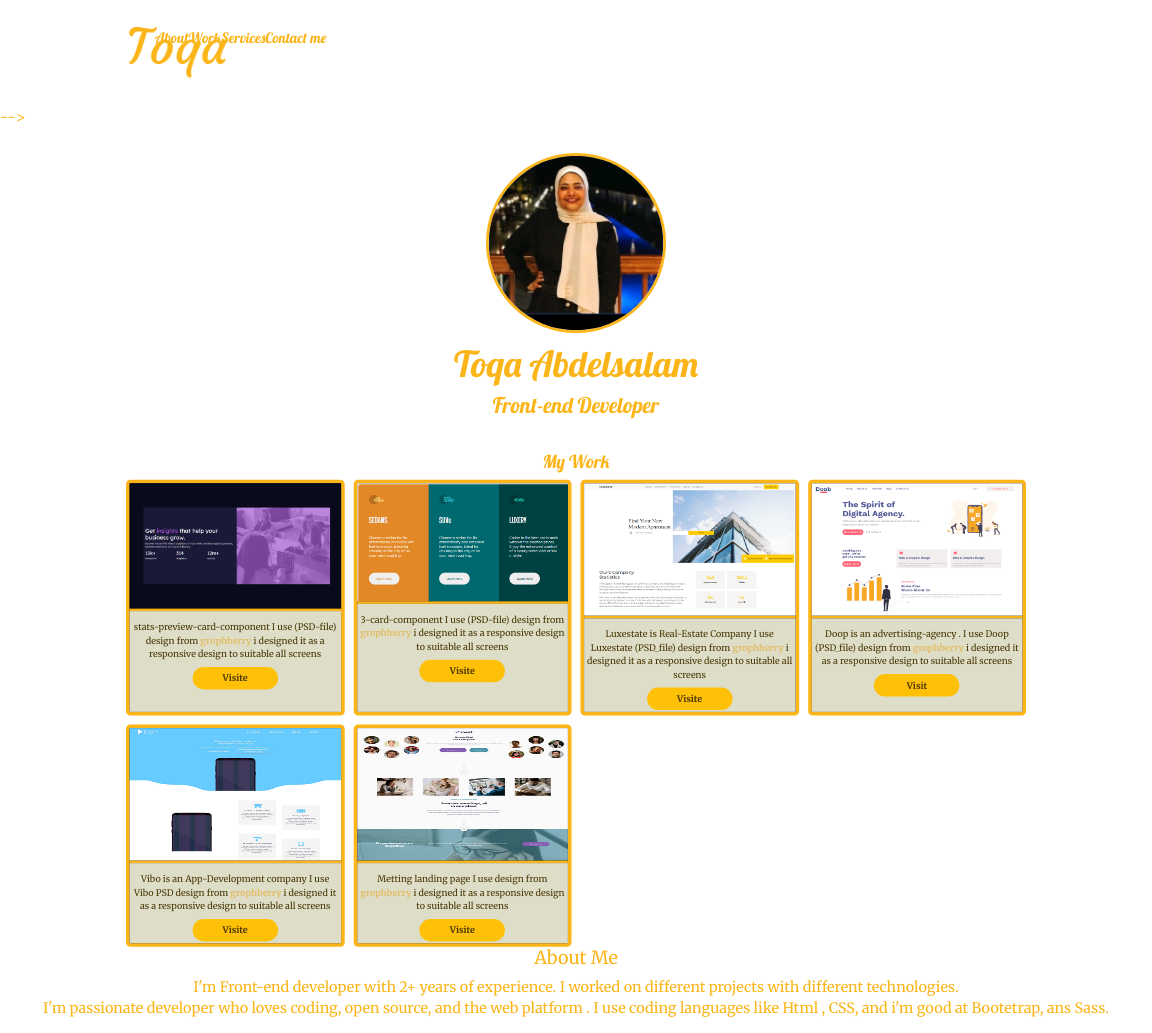
Repository: Toqa-25/portfolio
Page: index.html
An editor plug-in stored every save of this project. The page is shown before and after the next save, followed by the edit.
The browser window is 1280 px wide. The pictures show the whole page, at 90% of full size.
Some web fonts or font styles are not loaded; a fallback is used.

Above is the page before, as saved 2021-10-31 16:32:11.

### index.html
<!DOCTYPE html>
<html lang="en">
<head>
    <meta charset="UTF-8">
    <meta http-equiv="X-UA-Compatible" content="IE=edge">
    <meta name="viewport" content="width=device-width, initial-scale=1.0">
    <title>Toqa Portfolio</title>
      <!-- bootstrap file -->
      <link rel="stylesheet" href="css/all.min.css">
      <link rel="stylesheet" href="css/bootstrap.css">
      <!-- css file -->
      <link rel="stylesheet" href="css/style.css">
      <!-- fonts -->
      <link rel="preconnect" href="https://fonts.googleapis.com">
<link rel="preconnect" href="https://fonts.gstatic.com" crossorigin>
<link href="https://fonts.googleapis.com/css2?family=Lobster&family=Otomanopee+One&display=swap" rel="stylesheet">
<link rel="preconnect" href="https://fonts.googleapis.com">
<link rel="preconnect" href="https://fonts.gstatic.com" crossorigin>
<link href="https://fonts.googleapis.com/css2?family=Merriweather:ital,wght@0,300;0,400;0,700;0,900;1,300;1,400;1,700;1,900&display=swap" rel="stylesheet">
<link rel="preconnect" href="https://fonts.googleapis.com">
<link rel="preconnect" href="https://fonts.gstatic.com" crossorigin>
<link href="https://fonts.googleapis.com/css2?family=Bebas+Neue&family=Oswald:wght@200;300;400;500;600;700&display=swap" rel="stylesheet">
</head>
<body>
        <!-- header section -->
    <header class="pad">
       <div class="container">
         <div class="header-content">
           <div class="header-logo">
             <img src="images/logo.png" alt="logo">
           </div>
           <div class="bar">
             <svg xmlns="http://www.w3.org/2000/svg" width="35" height="35" fill="#fbb519" class="bi bi-list" viewBox="0 0 16 16">
               <path fill-rule="evenodd" d="M2.5 12a.5.5 0 0 1 .5-.5h10a.5.5 0 0 1 0 1H3a.5.5 0 0 1-.5-.5zm0-4a.5.5 0 0 1 .5-.5h10a.5.5 0 0 1 0 1H3a.5.5 0 0 1-.5-.5zm0-4a.5.5 0 0 1 .5-.5h10a.5.5 0 0 1 0 1H3a.5.5 0 0 1-.5-.5z"/>
             </svg>
           </div>
           <div class="header-nav">
             <ul class="list unlist">
                 <li>About</li>
                 <li>Work</li>
                 <li>Services</li>
                 <li>Contact me</li>
                 <!-- <li>Reviews</li> -->
             </ul>

           </div>
         </div>
         </div>
        </header><!-- end header section -->
       <!-- <div role="bar">
      <ul class="hidden-bar">
        <li>About</li>
        <li>Work</li>
        <li>Services</li>
        <li>Contact me</li>
        <!-- <li>Reviews</li> -->
      <!-- </ul>
      </div> -->
    <!-- </nav> --> -->

    <!-- information  section -->
    <section  class="inform pad">
      <div class="main-inform " role="main">
        <div class="inform-info">
        <img src="images/toqa.jpg" alt=""><br>
        <h1>Toqa Abdelsalam</h1>
        <h4>Front-end Developer</h4>
      </div>
      </div>
    </section>

      <section class="section container work">
      <h5>My Work</h5>
      <div class="card-groups">
      <div class="project card" role="menu">
        <img src="images/toqa-25.github.io_stats-preview-card-component-main_.png" alt="">
        <p>stats-preview-card-component
      I use  (PSD-file) design from <span> <a href="https://www.frontendmentor.io/">grophberry</a></span>
  i designed it as a responsive design to suitable all screens <br>
  <button><a href="https://toqa-25.github.io/stats-preview-card-component-main/">Visite</a></button>
 </p>
 </div>
      <div class="project card" role="menu">
        <img src="images/toqa-25.github.io_3-cards-component3_.png" alt="">
        <p>3-card-component
      I use (PSD-file) design from <span> <a href="https://www.frontendmentor.io/">grophberry</a></span>
  i designed it as a responsive design to suitable all screens <br>
  <button><a href="https://toqa-25.github.io/3-cards-component/">Visite</a></button>
 </p>
 </div>
      <div class="project card" role="menu">
          <img src="images/destop-luxestate - Copy (1).png" alt="">
          <p>Luxestate is Real-Estate Company
        I use Luxestate (PSD_file) design from <span> <a href="https://www.graphberry.com/">grophberry</a></span>
    i designed it as a responsive design to suitable all screens <br>
    <button><a href="https://toqa-25.github.io/luxstate-project-/">Visite</a></button>
   </p>
   </div>
      <div class="project card" role="menu">
          <img src="images/web_design.png" alt="">
          <p>Doop is an advertising-agency .
        I use Doop (PSD_file) design from <span> <a href="https://www.graphberry.com/">grophberry</a></span>
    i designed it as a responsive design to suitable all screens <br>
    <button><a href="https://toqa-25.github.io/simply-agency/">Visit </a></button>
   </p>
   </div>
      <div class="project card" role="menu">
        <img src="images/Vibo_App(desktop)_toqa-25.github.io2.png" alt="">
          <p>Vibo is an App-Development company
        I use Vibo PSD design from <span> <a href="https://www.graphberry.com/">grophberry</a></span>
    i designed it as a responsive design to suitable all screens <br>
    <button><a href="https://toqa-25.github.io/vibo-app/">Visite</a></button>
   </p>
   </div>
   <div class="project card" role="menu">
    <img src="images/toqa-25.github.io_landing-meeting-page_desktop.png" alt="">
    <p>Metting landing page
  I use  design from <span> <a href="https://www.frontendmentor.io/">grophberry</a></span>
i designed it as a responsive design to suitable all screens <br>
<button><a href="https://toqa-25.github.io/landing-meeting-page/">Visite</a></button>
</p>
</div>
   </div>
      </section>

      <section class="section about">

          <h5>About Me</h5>
      <p> I'm Front-end developer with 2+ years of experience. I worked on different projects with different technologies. <br>
       I'm passionate developer who loves coding, open source, and the web platform .
       I use coding languages like Html , CSS, and i'm good at Bootetrap, ans Sass. </p>
      </section>

</body>
</html>

### css/style.css
/*
    public style
***********************
*/
:root{
    --main-color:#fbb519;
    --section-padding:30px;
}
* , *:after , *:before{
    box-sizing: border-box;
    margin: 0;
    padding: 0;
}
body{
    font-family: 'Merriweather', serif;
    color:var(--main-color);
}
.pad{
    padding: var(--section-padding) 0;
}
.container
{
  width: 80%;
  margin:auto;
}
 .pad h5{
    text-align: center;
    font-family: 'Lobster';
    margin-bottom: 15px;
 }
 .unlist{
     list-style: none;
 }
/*
    header style
***********************
*/
 header{
    font-family: 'Lobster', cursive;
 }
 .header-content{
    display: flex;
}
.header-logo{
    width:0%;
}
.header-nav{
    width:60%;
    display: flex;
   /* justify-content: space-between;
    align-items: center; */
 }
 .bar{
     display: none;
 }
 .header-nav .list{
     display: flex;
     justify-content: space-between;
 }
  nav img{
     margin-top:10px;
 }
 nav .list{
     width: 50%;
    margin-top:20px;
    list-style: none;
    color:var(--main-color);
    display: flex;
    justify-content: space-evenly;
    cursor: pointer;
    font-size: 20px;
 }
 nav .list li{
     font-size: 20px;
     transition: .2s;
     -webkit-transition: .2s;
     -moz-transition: .2s;
     -ms-transition: .2s;
     -o-transition: .2s;
    }
    nav .list li:hover{
        border-bottom: 2px solid var(--main-color);
    }


.bar{
     position: relative;
 }
  .hidden-bar {
     display: block;
     color:var(--main-color);
     position: absolute;
    top: 25px;
    left: 45px;
     background-color: #f5f5dc91;
     list-style: none;
     border-radius: 8px;
     padding: 10px;

 }
/* media quary for header*/
 @media (min-width: 767px){
   /* .list {
      display: none;
  } */
  /* div{
      display: block;
      padding: 15px;
  } */
  .main-inform  h2{
    font-size: 20px;
    line-height: 2rem;
  }
  .main-inform img{
    width: 100px;
    height: 100px;
 }
}
 @media (min-width: 768px){
     /* nav div{
         display: none;

     } */
 }


 /* .hidden-bar{
    display: none;

} */
.hidden-bar li:hover{
 padding: 5px;
 font-size: 25px;
}
/*
    my image style
***********************
*/

 .main-inform{
    color: var(--main-color);
    text-align: center;
    /* background-image: url(../images/mohammad-rahmani-8qEB0fTe9Vw-unsplash.jpg); */
    height: 300px;
    display: flex;
    align-items: center;
    justify-content: center;
    /* font-family: 'Bebas Neue', cursive; */
     /* font-family: 'Oswald', sans-serif; */
     font-family: 'Lobster', cursive;


 }
 .main-inform img{
     width: 200px;
     height: 200px;
     border:3px solid;
     border-radius: 50%;
     -webkit-border-radius: 50%;
     -moz-border-radius: 50%;
     -ms-border-radius: 50%;
     -o-border-radius: 50%;
     margin-bottom: 10px;
}
 h2{
    color: #dad3d3;
    text-transform: uppercase;
    line-height: 3rem;
 }
 span{
     color:var(--main-color)
 }
 .card-groups{
     display: grid;
    grid-template-columns:repeat(4,1fr);
    gap:10px;
 }
 .work h5{
    text-align: center;
    font-family: 'Lobster';
 }
.card {
    width: 100%;
    height: 100%;
    position: relative;
    display: flex;
    flex-direction: column;
    min-width: 0;
    word-wrap: break-word;
    background-color: black;
    background-clip: border-box;
    border: 4px solid var(--main-color);
    border-radius: 0.3rem;
}

.card img{
    max-width:100%;
    max-height: 150px;
    border-bottom: 3px solid;
}
.card img:hover{
   transform: scale(1.1);
   -webkit-transform: scale(1.1);
   -moz-transform: scale(1.1);
   -ms-transform: scale(1.1);
   -o-transform: scale(1.1);
}
.card p{
    margin-bottom: 1rem;
    background-color: black;
    font-size: 10px;
    padding: 2px;
    margin: 0px;
    margin-top: 0px;
    width: 100%;
    height: 100%;
    text-align: center;
    color:#483705;
    background-color: #f5f5dce8;
    padding-top: 10px;

}
.card p a{
    text-decoration: none;
    color: #e2bc66;
    font-weight: bolder;
}
.card p:hover{

}

.card button{
    width: 95px;
    text-align: center;
    background-color: #ffc107;
    border: none;
    border-radius: 15px;
    padding: 5px;
    margin-top: 7px;
}
.card button:hover{
    width:120px;
    padding: 10px;
}
.card button a{
    text-decoration: none;
    color: #483705;
}

.about{
    text-align: center;

}

/*
           media quary style
    ***************************************
        //extra small devices @media (maxwidth:575px)
        //small devices @media (maxwidth:767px)
        //medium devices @media (maxwidth:991px)
        //large devices @media (maxwidth:1199px)
*/

Loaded but not shown: css/all.min.css (library); css/bootstrap.css (library)

After the next save:
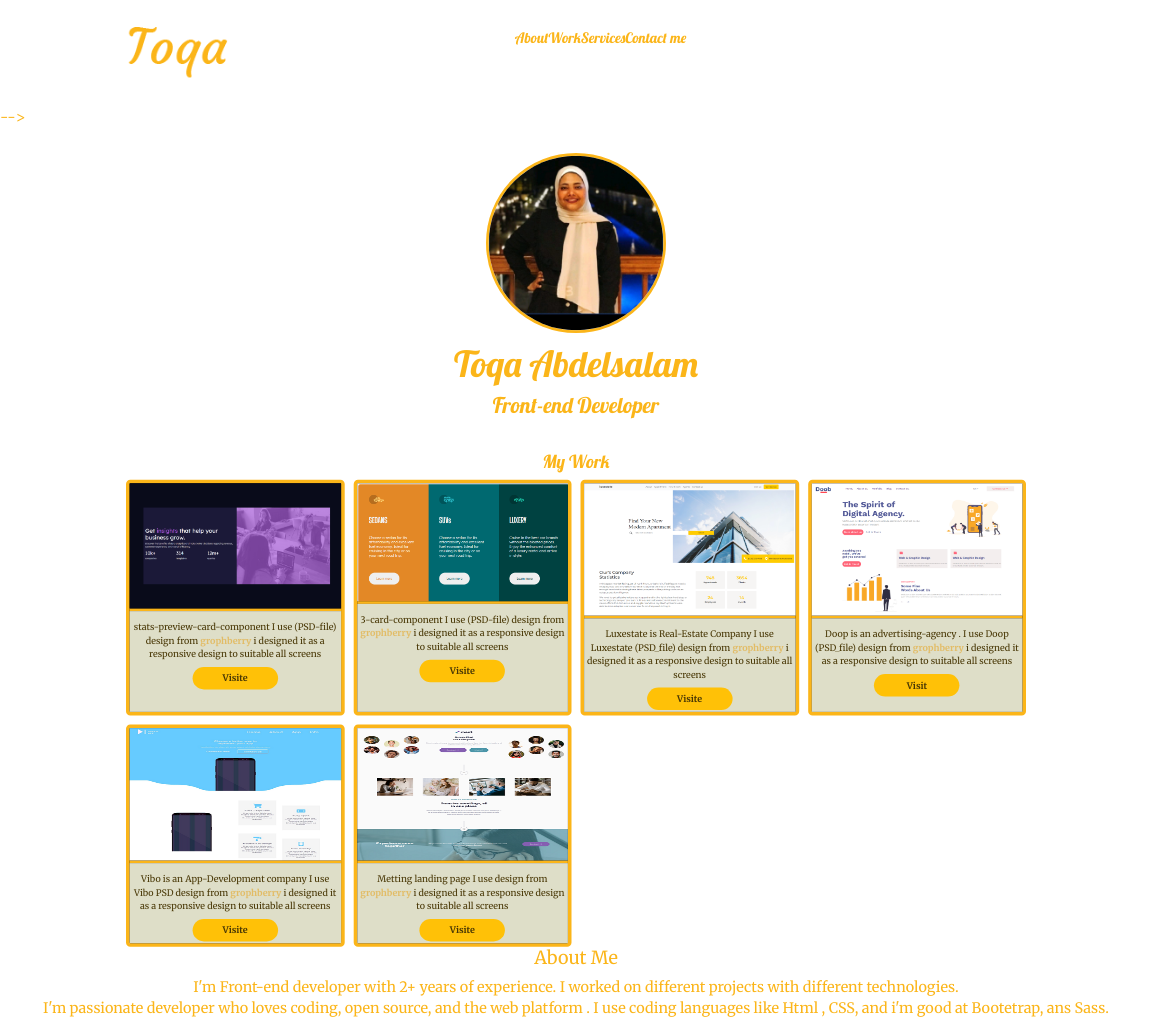
Saved 4 s later.
--- a/css/style.css
+++ b/css/style.css
@@ -42,7 +42,7 @@ body{
     display: flex;
 }
 .header-logo{
-    width:0%;
+    width:40%;
 }
 .header-nav{
     width:60%;
